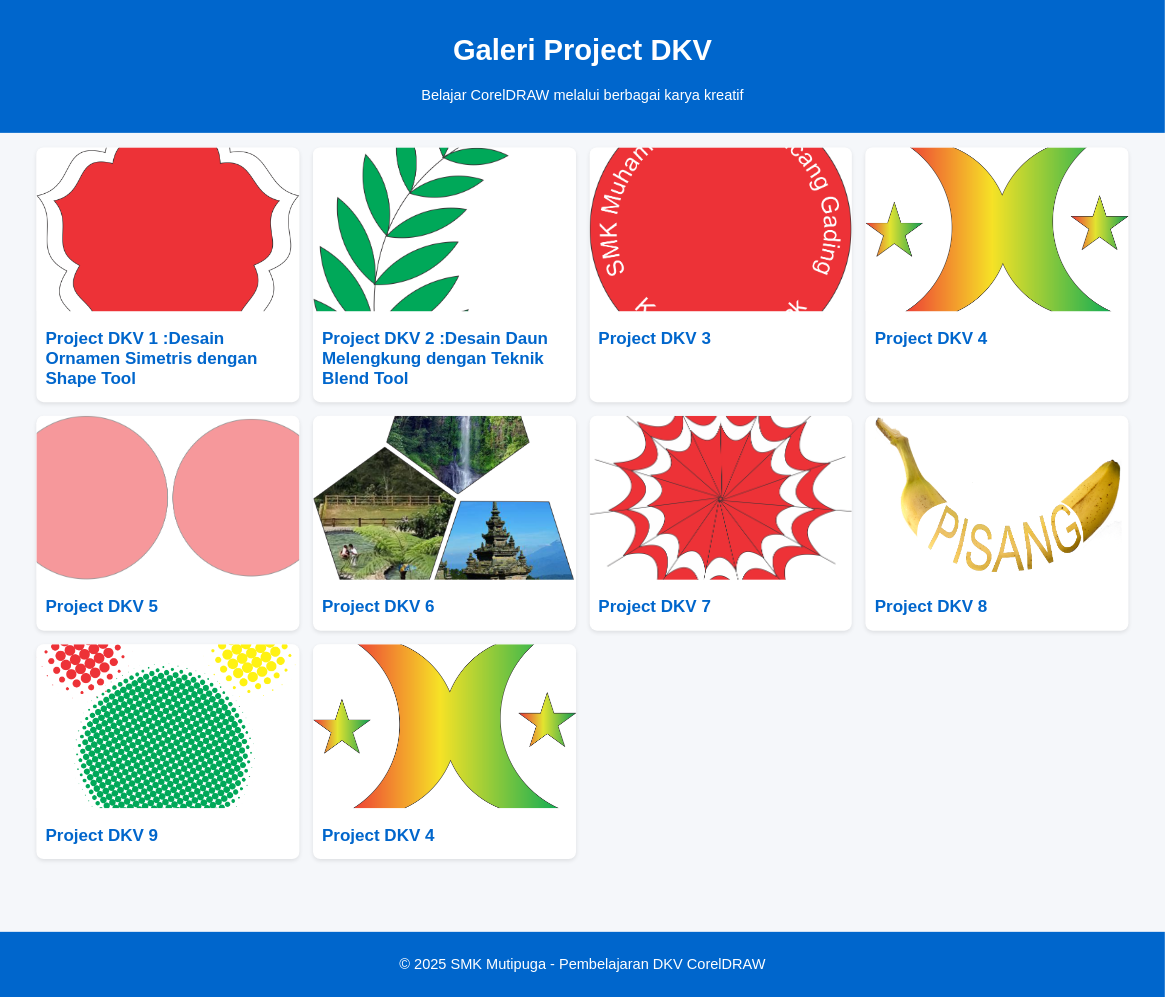
Repository: ppdbsmkmutipuga/galeriprojectdkvsmkmutipuga
Page: index.html
An editor plug-in stored every save of this project. The page is shown before and after a run of saves, followed by the edit.
The browser window is 1280 px wide. The pictures show the whole page, at 91% of full size.

Above is the page before, as saved 2025-08-14 03:19:33.
Console error: TypeError: Cannot read properties of null (reading 'addEventListener')

### index.html
<!DOCTYPE html>
<html lang="id">

<head>
    <meta charset="UTF-8">
    <meta name="viewport" content="width=device-width, initial-scale=1.0">
    <title>Galeri Project DKV CorelDRAW</title>
    <link rel="stylesheet" href="styles.css">
</head>

<body>

    <header>
        <h1>Galeri Project DKV</h1>
        <p>Belajar CorelDRAW melalui berbagai karya kreatif</p>
    </header>

    <main>
        <section class="grid-container" id="projectGrid">
            <!-- Card project akan dimasukkan lewat JavaScript -->
        </section>
    </main>

    <footer>
        <p>&copy; 2025 SMK Mutipuga - Pembelajaran DKV CorelDRAW</p>
    </footer>

    <!-- Modal -->
    <!-- Modal -->
    <div id="modal" class="modal">
        <div class="modal-content">
            <button class="close-btn" aria-label="Tutup Popup">
                &times; Tutup
            </button>

            <img id="modalImage" src="" alt="Project">
            <h2 id="modalTitle"></h2>
            <div class="modal-scroll">
                <h4>Yang Dipelajari:</h4>
                <ul id="modalBelajar"></ul>
                <h4>Tujuan:</h4>
                <ul id="modalTujuan"></ul>
            </div>
        </div>
    </div>


    <script src="script.js"></script>
</body>

</html>

### styles.css
body {
    font-family: Arial, sans-serif;
    margin: 0;
    background: #f5f7fa;
    color: #333;
}

header {
    background: #0066cc;
    color: white;
    text-align: center;
    padding: 1rem;
}

main {
    max-width: 1200px;
    margin: auto;
    padding: 1rem;
}

.grid-container {
    display: grid;
    grid-template-columns: repeat(auto-fit, minmax(250px, 1fr));
    gap: 15px;
    margin-bottom: 2rem;
}

.project-card {
    background: white;
    border-radius: 8px;
    overflow: hidden;
    box-shadow: 0 2px 5px rgba(0, 0, 0, 0.1);
    cursor: pointer;
    transition: transform 0.2s;
}

.project-card:hover {
    transform: scale(1.03);
}

.project-card img {
    width: 100%;
    height: 180px;
    object-fit: cover;
}

.project-info {
    padding: 10px;
}

.project-info h3 {
    margin: 5px 0;
    color: #0066cc;
}

footer {
    background: #0066cc;
    color: white;
    text-align: center;
    padding: 0.7rem;
    margin-top: 2rem;
}

/* Modal Style */
/* Modal background */
.modal {
    display: none;
    position: fixed;
    z-index: 1000;
    left: 0;
    top: 0;
    width: 100%;
    height: 100%;
    background-color: rgba(0, 0, 0, 0.7);
}

/* Modal box */
.modal-content {
    background: white;
    margin: 50px auto;
    padding: 15px;
    border-radius: 8px;
    width: 80%;
    max-width: 800px;
    max-height: 90vh;
    /* Biar nggak melebihi layar */
    overflow: hidden;
    /* Scroll hanya di area dalam */
    display: flex;
    flex-direction: column;
}

/* Scrollable area */
.modal-scroll {
    flex: 1;
    overflow: auto;
    /* Scroll muncul kalau konten panjang */
    margin-top: 10px;
    padding: 10px;
    border-top: 1px solid #ccc;
}

/* Biar bisa scroll kanan kiri juga */
.modal-scroll ul,
.modal-scroll p {
    min-width: 600px;
    /* Kalau mau horizontal scroll */
}

/* Gambar di modal */
.modal-content img {
    max-height: 300px;
    object-fit: contain;
    width: 100%;
}

/* Tombol close */
.close-btn {
    position: absolute;
    top: 15px;
    right: 20px;
    font-size: 28px;
    font-weight: bold;
    cursor: pointer;
}


.close-btn {
    position: absolute;
    top: 15px;
    right: 20px;
    background-color: #e74c3c;
    /* merah biar jelas */
    color: white;
    font-size: 16px;
    font-weight: bold;
    border: none;
    padding: 8px 14px;
    border-radius: 20px;
    cursor: pointer;
    display: flex;
    align-items: center;
    gap: 5px;
    transition: background 0.3s ease;
}

.close-btn:hover {
    background-color: #c0392b;
    /* merah lebih gelap saat hover */
}

.close-btn:focus {
    outline: 2px solid #fff;
    outline-offset: 2px;
}

### script.js
// Data project (setiap project punya data berbeda)
const projects = [
    {
        title: "Project DKV 1 :Desain Ornamen Simetris dengan Shape Tool",
        image: "images/project01dkv.png",
        belajar: [
            "Menggunakan Shape Tool untuk mengedit node dan membentuk objek",
            "Mengubah garis menjadi kurva dengan fitur To Curve",
            "Mengatur urutan objek dengan Order to Back Layer",
            "Menerapkan prinsip keseimbangan dan simetri dalam desain",
            "Mengatur warna dan lapisan untuk menghasilkan tampilan yang menarik.",
        ],
        tujuan: [
            "Melatih keterampilan dasar mengolah objek vektor di CorelDRAW",
            "Mengembangkan kemampuan membentuk ornamen dengan teknik kurva",
            "Memahami pengaturan lapisan (layer) untuk manajemen desain yang rapi",
            "Menumbuhkan kreativitas dalam menciptakan desain dekoratif",
            "Meningkatkan ketelitian dan estetika dalam karya digital."
        ]
    },
    {
        title: "Project DKV 2 :Desain Daun Melengkung dengan Teknik Blend Tool",
        image: "images/project02dkv.png",
        belajar: [
            "Membuat bentuk daun dari dua Ellipse Tool menggunakan Intersect",
            "Memutar objek untuk membentuk arah daun yang natural",
            "Menggandakan objek dan mengatur ukuran untuk variasi",
            "Membuat garis lengkung dengan Bezier Tool",
            "Menghubungkan objek dengan Blend Tool",
            "Mengatur Loop Blend dan arah blend agar mengikuti jalur",
            "Menyusun komposisi agar proporsional dan estetik"
        ],
        tujuan: [
            "Menguasai teknik shape creation menggunakan Intersect, melatih penggunaan Blend Tool untuk membuat pola berulang mengikuti jalur, mengembangkan keterampilan mengatur arah, jumlah, dan posisi objek blend, menghasilkan ilustrasi yang rapi, simetris, dan natural, serta menumbuhkan kreativitas dalam membuat desain vektor bertema alam."
        ]
    },
    {
        title: "Project DKV 3",
        image: "images/project03dkv.png",
        belajar: [
            "Menentukan layout poster vertikal",
            "Mengatur teks headline dan subheadline",
            "Menggunakan gambar dengan efek transparansi",
            "Memadukan warna untuk kesan energik"
        ],
        tujuan: "Mampu membuat poster yang komunikatif dan menarik perhatian audiens."
    },
    {
        title: "Project DKV 4",
        image: "images/project04dkv.png",
        belajar: [
            "Menentukan layout poster vertikal",
            "Mengatur teks headline dan subheadline",
            "Menggunakan gambar dengan efek transparansi",
            "Memadukan warna untuk kesan energik"
        ],
        tujuan: "Mampu membuat poster yang komunikatif dan menarik perhatian audiens."
    },
    {
        title: "Project DKV 5",
        image: "images/project05dkv.png",
        belajar: [
            "Menentukan layout poster vertikal",
            "Mengatur teks headline dan subheadline",
            "Menggunakan gambar dengan efek transparansi",
            "Memadukan warna untuk kesan energik"
        ],
        tujuan: "Mampu membuat poster yang komunikatif dan menarik perhatian audiens."
    },
    {
        title: "Project DKV 6",
        image: "images/project06dkv.png",
        belajar: [
            "Menentukan layout poster vertikal",
            "Mengatur teks headline dan subheadline",
            "Menggunakan gambar dengan efek transparansi",
            "Memadukan warna untuk kesan energik"
        ],
        tujuan: "Mampu membuat poster yang komunikatif dan menarik perhatian audiens."
    },
    {
        title: "Project DKV 7",
        image: "images/project07dkv.png",
        belajar: [
            "Menentukan layout poster vertikal",
            "Mengatur teks headline dan subheadline",
            "Menggunakan gambar dengan efek transparansi",
            "Memadukan warna untuk kesan energik"
        ],
        tujuan: "Mampu membuat poster yang komunikatif dan menarik perhatian audiens."
    },
    {
        title: "Project DKV 8",
        image: "images/project08dkv.png",
        belajar: [
            "Menentukan layout poster vertikal",
            "Mengatur teks headline dan subheadline",
            "Menggunakan gambar dengan efek transparansi",
            "Memadukan warna untuk kesan energik"
        ],
        tujuan: "Mampu membuat poster yang komunikatif dan menarik perhatian audiens."
    },
    {
        title: "Project DKV 9",
        image: "images/project09dkv.png",
        belajar: [
            "Menentukan layout poster vertikal",
            "Mengatur teks headline dan subheadline",
            "Menggunakan gambar dengan efek transparansi",
            "Memadukan warna untuk kesan energik"
        ],
        tujuan: "Mampu membuat poster yang komunikatif dan menarik perhatian audiens."
    },
    {
        title: "Project DKV 4",
        image: "images/project04dkv.png",
        belajar: [
            "Menentukan layout poster vertikal",
            "Mengatur teks headline dan subheadline",
            "Menggunakan gambar dengan efek transparansi",
            "Memadukan warna untuk kesan energik"
        ],
        tujuan: "Mampu membuat poster yang komunikatif dan menarik perhatian audiens."
    },
];

// Tampilkan grid
const projectGrid = document.getElementById("projectGrid");
projects.forEach((proj, index) => {
    const card = document.createElement("div");
    card.classList.add("project-card");

    card.innerHTML = `
        <img src="${proj.image}" alt="${proj.title}">
        <div class="project-info">
            <h3>${proj.title}</h3>
        </div>
    `;

    // Klik untuk buka modal
    card.addEventListener("click", () => openModal(index));
    projectGrid.appendChild(card);
});

// Modal logic
const modal = document.getElementById("modal");
const modalImage = document.getElementById("modalImage");
const modalTitle = document.getElementById("modalTitle");
const modalBelajar = document.getElementById("modalBelajar");
const modalTujuan = document.getElementById("modalTujuan");
const closeBtn = document.querySelector(".close-btn");

function openModal(index) {
    const proj = projects[index];
    modalImage.src = proj.image;
    modalTitle.textContent = proj.title;
    modalBelajar.innerHTML = proj.belajar.map(item => `<li>${item}</li>`).join("");
    modalTujuan.textContent = proj.tujuan;
    modal.style.display = "block";
}

closeBtn.addEventListener("click", () => {
    modal.style.display = "none";
});

window.addEventListener("click", (e) => {
    if (e.target === modal) modal.style.display = "none";
});

// Form interaktif
document.getElementById("feedbackForm").addEventListener("submit", function (event) {
    event.preventDefault();
    let nama = document.getElementById("nama").value;
    let kelas = document.getElementById("kelas").value;
    let komentar = document.getElementById("komentar").value;

    alert(`Terima kasih, ${nama} dari kelas ${kelas}!\nKomentar kamu: "${komentar}" telah kami terima.`);
    this.reset();
});

After the next 3 saves:
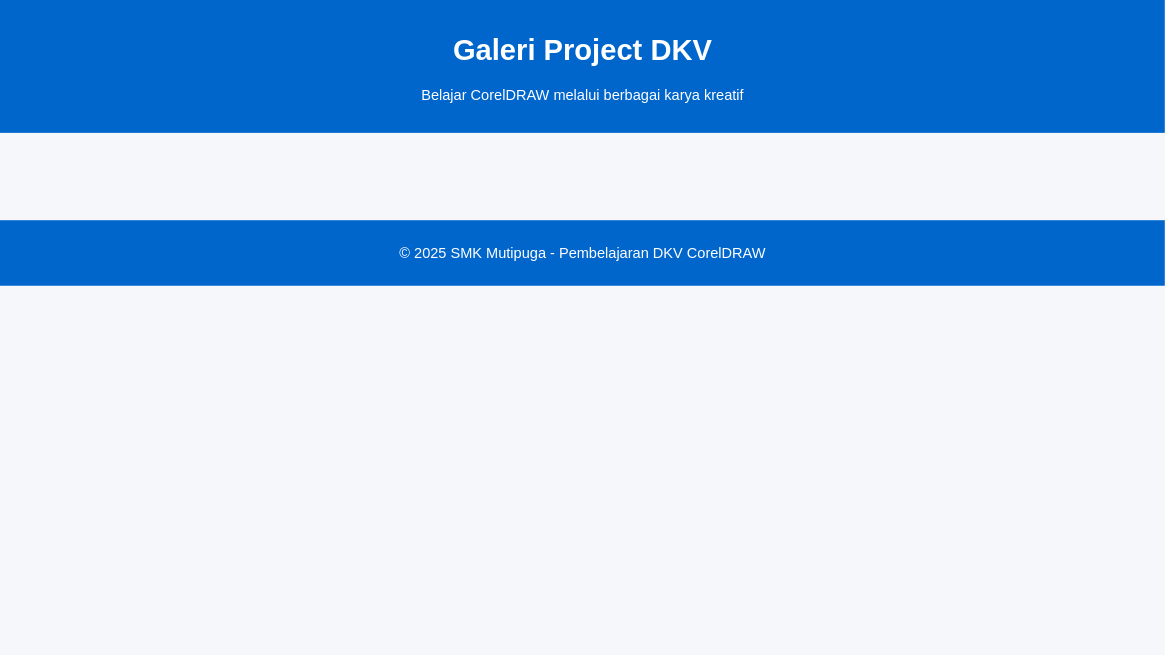
Console error: SyntaxError: Invalid or unexpected token
The 3 saves are shown as one change because they came seconds apart.
The last was saved 14 s later.
--- a/script.js
+++ b/script.js
@@ -31,7 +31,8 @@
             "Menyusun komposisi agar proporsional dan estetik"
         ],
         tujuan: [
-            "Menguasai teknik shape creation menggunakan Intersect, melatih penggunaan Blend Tool untuk membuat pola berulang mengikuti jalur, mengembangkan keterampilan mengatur arah, jumlah, dan posisi objek blend, menghasilkan ilustrasi yang rapi, simetris, dan natural, serta menumbuhkan kreativitas dalam membuat desain vektor bertema alam."
+            "Menguasai teknik shape creation menggunakan Intersect,
+            "melatih penggunaan Blend Tool untuk membuat pola berulang mengikuti jalur, mengembangkan keterampilan mengatur arah, jumlah, dan posisi objek blend, menghasilkan ilustrasi yang rapi, simetris, dan natural, serta menumbuhkan kreativitas dalam membuat desain vektor bertema alam."
         ]
     },
     {

After the save that followed:
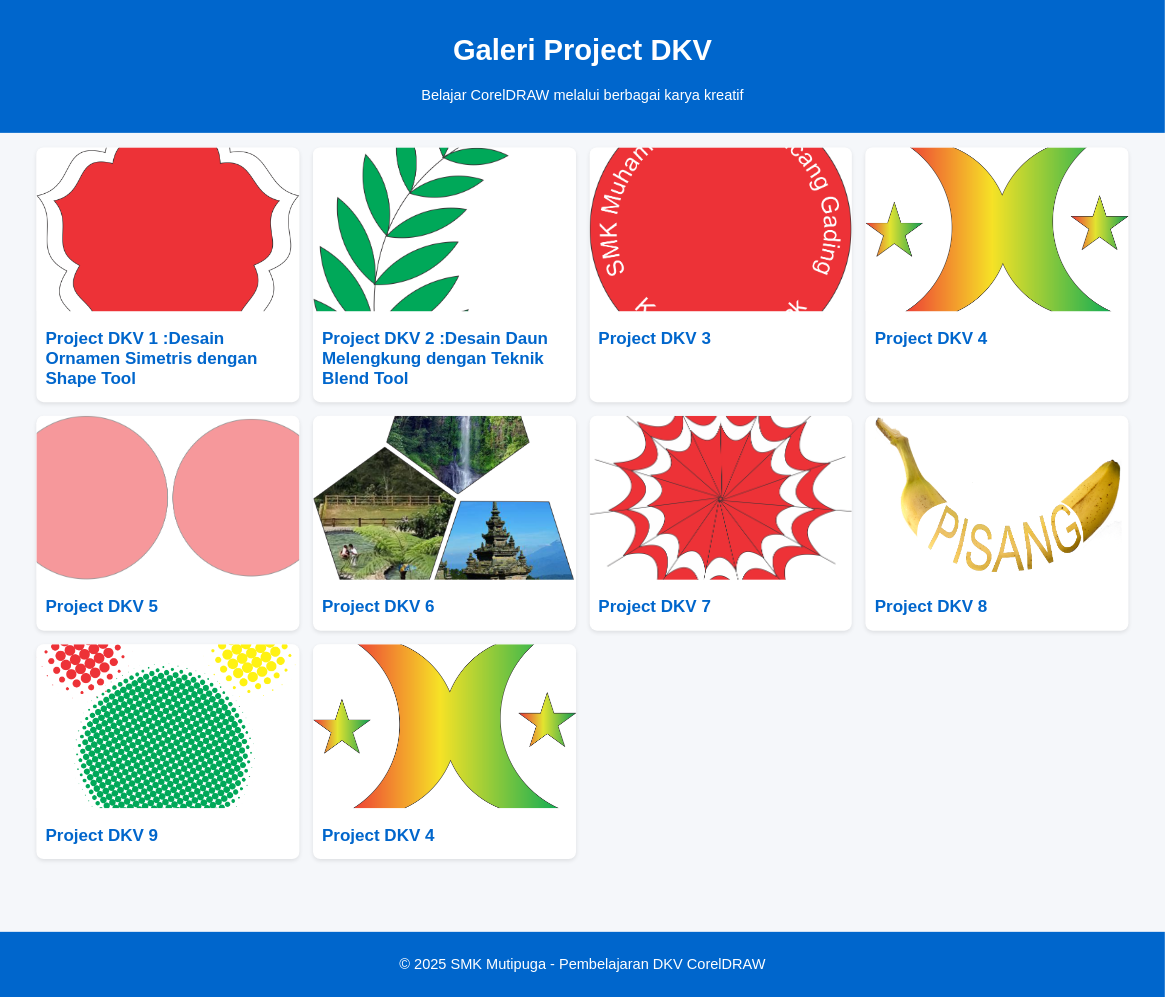
Console error: TypeError: Cannot read properties of null (reading 'addEventListener')
Saved 6 s later.
--- a/script.js
+++ b/script.js
@@ -31,7 +31,7 @@
             "Menyusun komposisi agar proporsional dan estetik"
         ],
         tujuan: [
-            "Menguasai teknik shape creation menggunakan Intersect,
+            "Menguasai teknik shape creation menggunakan Intersect",
             "melatih penggunaan Blend Tool untuk membuat pola berulang mengikuti jalur, mengembangkan keterampilan mengatur arah, jumlah, dan posisi objek blend, menghasilkan ilustrasi yang rapi, simetris, dan natural, serta menumbuhkan kreativitas dalam membuat desain vektor bertema alam."
         ]
     },
